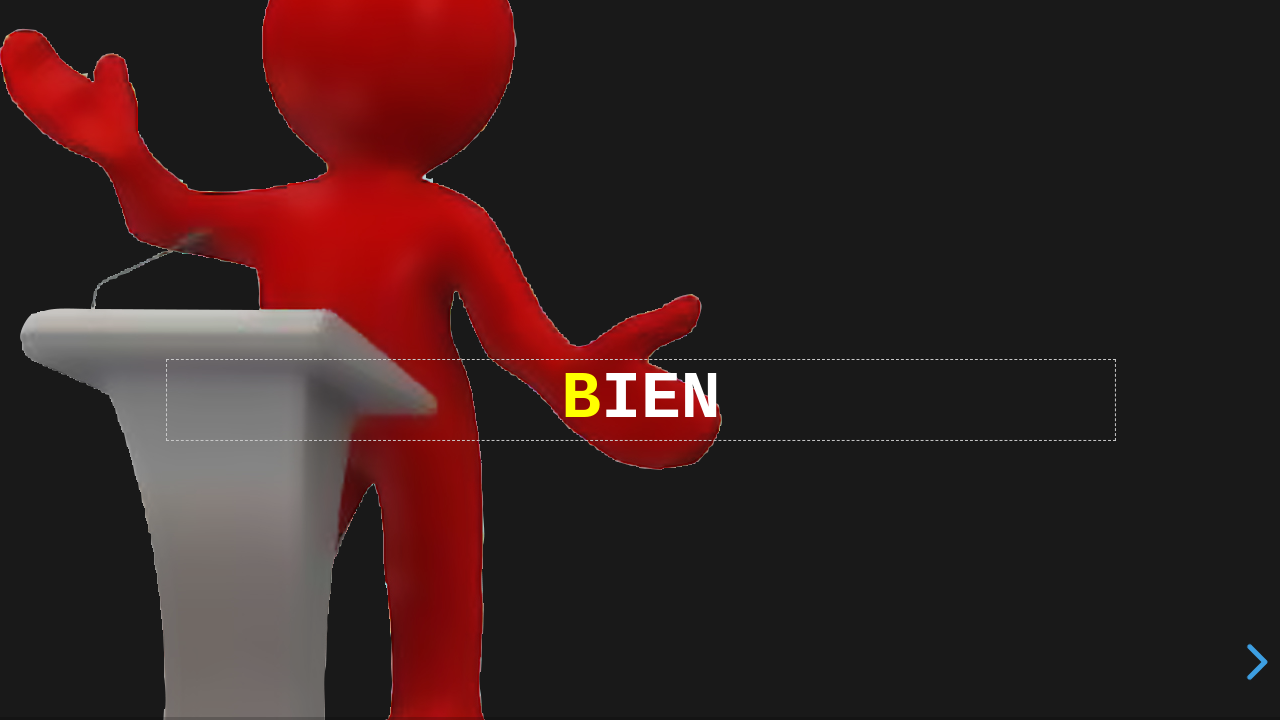
Repository: cutesquirrel/pres-college
Page: index.html
An editor plug-in stored every save of this project. The page is shown before and after the next save, followed by the edit.
The browser window is 1280 px wide. The pictures show the whole page.

Above is the page before, as saved 2024-03-31 10:56:05.

After the next save:
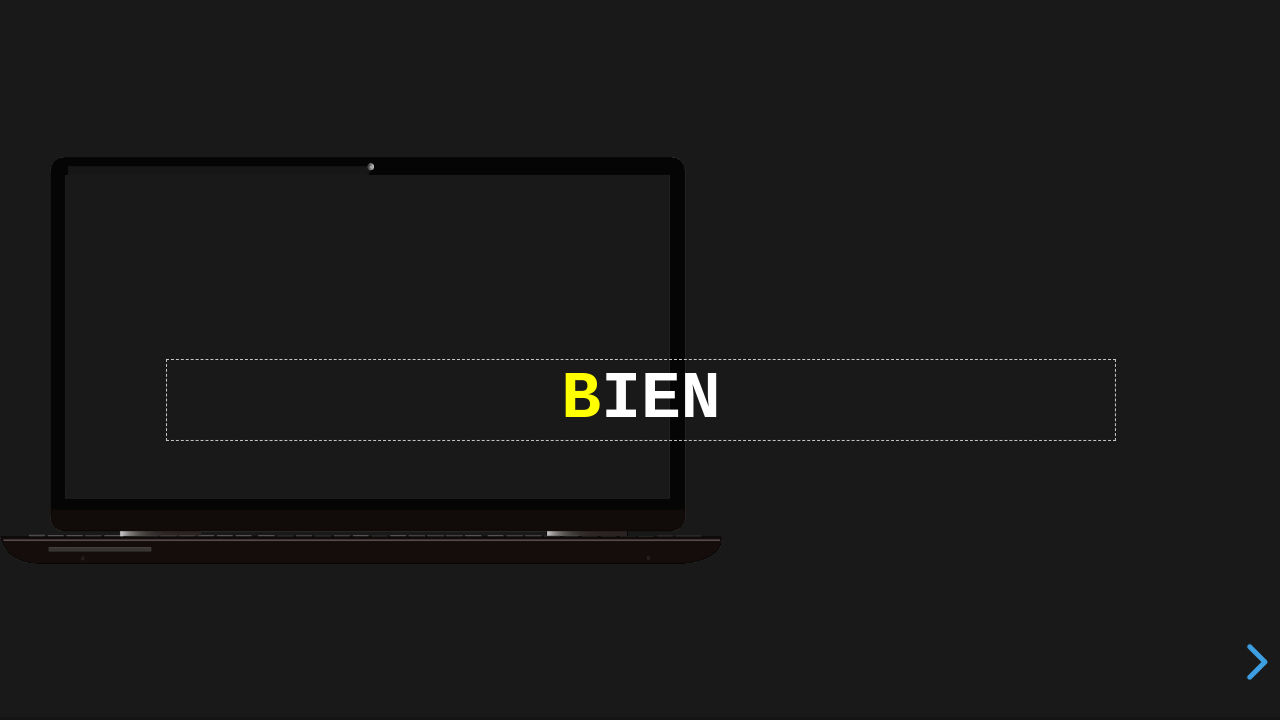
Saved 2 min 2 s later.
--- a/index.html
+++ b/index.html
@@ -17,7 +17,7 @@
 	<body>
 		<div class="reveal">
 			<div class="slides">
-				<section data-background-image="./whoami.png" data-background-size="722px" data-background-position="left" data-background-repeat="no-repeat" data-background-opacity="0.8">
+				<section data-background-image="./fond_pc.png" data-background-size="722px" data-background-position="left" data-background-repeat="no-repeat" data-background-opacity="0.8">
 					<h2 class="animate-text">Bienvenue !</h2>
 				</section>
 				<section data-background-image="./whoami.png" data-background-size="722px" data-background-position="left" data-background-repeat="no-repeat" data-background-opacity="0.5">
